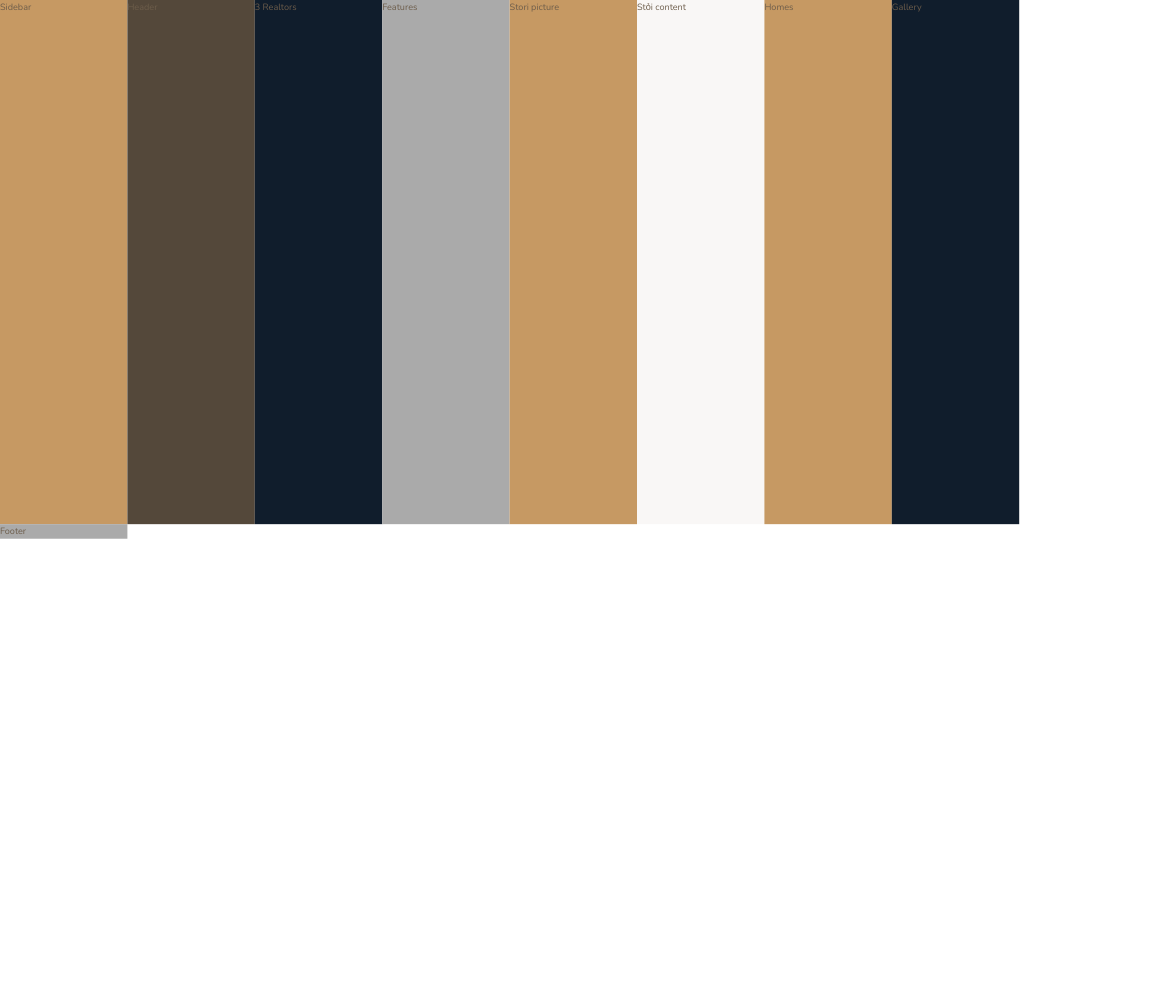
Repository: m2pd/your-home
Page: index.html
These files come from the project's save history. The page is drawn as it stood at one moment and after the next save; the edit follows.
The browser window is 1280 px wide. The pictures show the whole page, at 91% of full size.
The style sheet was rebuilt from its Sass, Less or Tailwind sources for each picture, by a compiler version that may differ from the author's.

Above is the page before, as saved 2020-02-26 17:15:08.

### index.html
<!DOCTYPE html>
<html lang="en">
    <head>
        <meta charset="UTF-8">
        <meta name="viewport" content="width=device-width, initial-scale=1.0">
        <meta http-equiv="X-UA-Compatible" content="ie=edge">

        <link href="https://fonts.googleapis.com/css?family=Josefin+Sans:300,400,400i|Nunito:300,300i" rel="stylesheet">
        <link rel="stylesheet" href="css/style.css">
        <link rel="shortcut icon" type="image/png" href="img/favicon.png">

        <title>nexter &mdash; your home, your freedom</title>
    </head>
    <body class="container">

        <div class="sidebar">
            Sidebar
        </div>

        <header class="header">
            Header
        </header>

        <div class="realtors">
            3 Realtors
        </div>

        <div class="features">
            Features
        </div>

        <div class="story__pictures">
            Stori picture
        </div>

        <div class="story__content">
            Stỏi content
        </div>

        <section class="homes">
            Homes
        </section>

        <section class="gallery">
            Gallery
        </section>

        <footer class="footer">
            Footer
        </footer>

    </body>
</html>

### sass/_base.scss
// COLOR VARIABLES
$color-primary: #c69963;
$color-primary-dark: #B28451;

$color-secondary: #101d2c;

$color-grey-light-1: #f9f7f6;
$color-grey-light-2: #aaa;

$color-grey-dark-1: #54483A;
$color-grey-dark-2: #6D5D4B;

// FONT VARIABLES
$font-primary: 'Nunito', sans-serif;
$font-display: 'Josefin Sans', sans-serif;


*,
*::before,
*::after{
    margin:0;
    padding:0;
    box-sizing: inherit;
}

html{
    font-size:62.5%;
    box-sizing: border-box;
}

body{
    font-family: $font-primary;
    color: $color-grey-dark-2;
    font-weight: 300;
    line-height: 1.6;
}

.container{
    display: grid;
    grid-template-rows: 80vh min-content 40vw repeat(3, min-content);
    grid-template-columns: repeat(8, minmax(min-content, 14rem));
}

### sass/_sidebar.scss
.sidebar{
    background-color: $color-primary;
}

### sass/_header.scss
.header{
    background-color: $color-grey-dark-1;
}

### sass/_realtors.scss
.realtors{
    background-color: $color-secondary;
}

### sass/_features.scss
.features{
    background-color: $color-grey-light-2;
}

### sass/_story.scss
.story{
    &__pictures{
        background-color: $color-primary;
    }

    &__content{
        background-color: $color-grey-light-1;
    }
}

### sass/_homes.scss
.homes{
    background-color: $color-primary;
}

### sass/_gallery.scss
.gallery{
    background-color: $color-secondary;
}

### sass/_footer.scss
.footer{
    background-color: $color-grey-light-2;
}

Loaded but not shown: sass/main.scss (common file); sass/_typography.scss (no stored copy; drawn as an empty file)

After the next save:
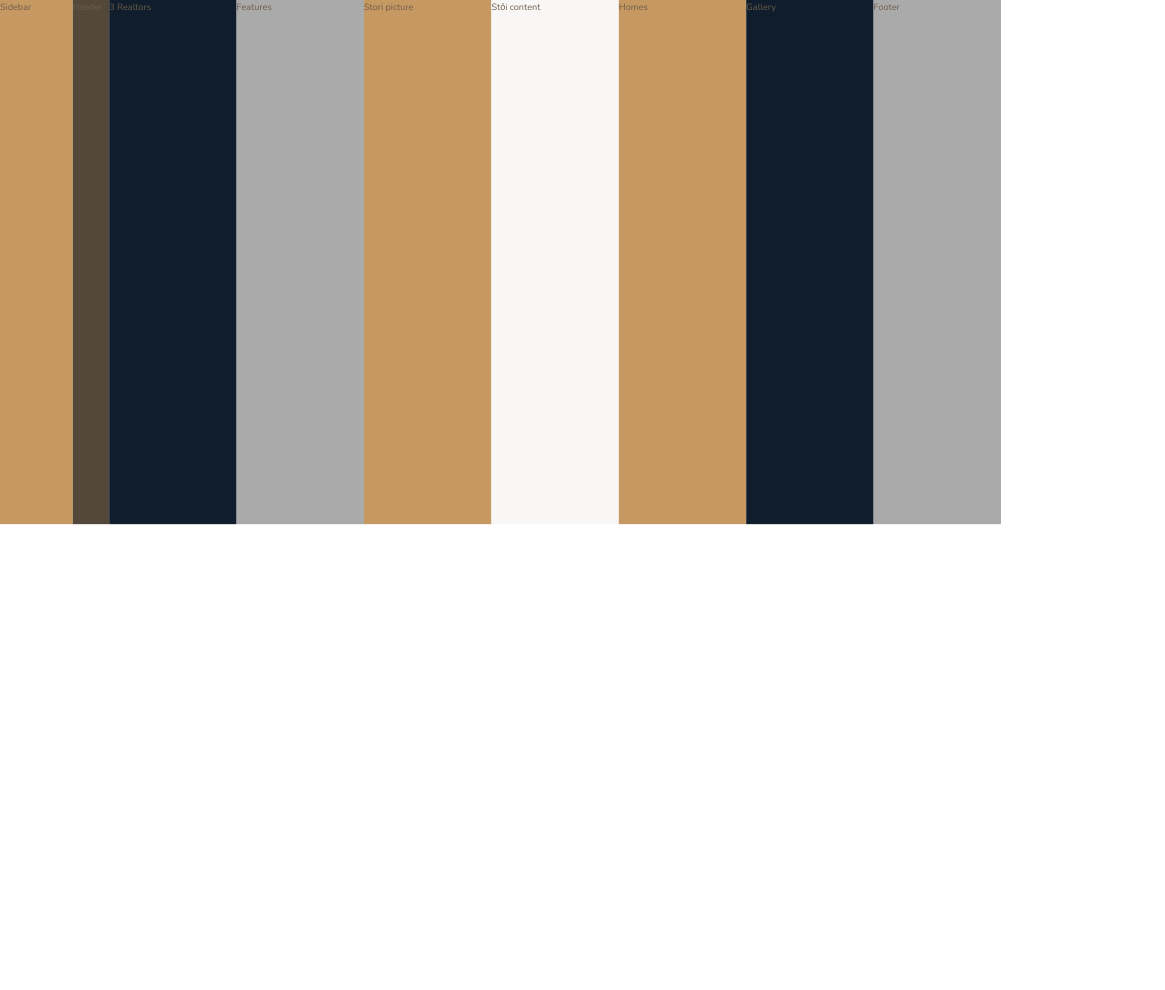
Saved 11 min 18 s later.
--- a/sass/_base.scss
+++ b/sass/_base.scss
@@ -38,5 +38,5 @@
 .container{
     display: grid;
     grid-template-rows: 80vh min-content 40vw repeat(3, min-content);
-    grid-template-columns: repeat(8, minmax(min-content, 14rem));
+    grid-template-columns:8rem 1fr repeat(8, minmax(min-content, 14rem)) 1fr;
 }
